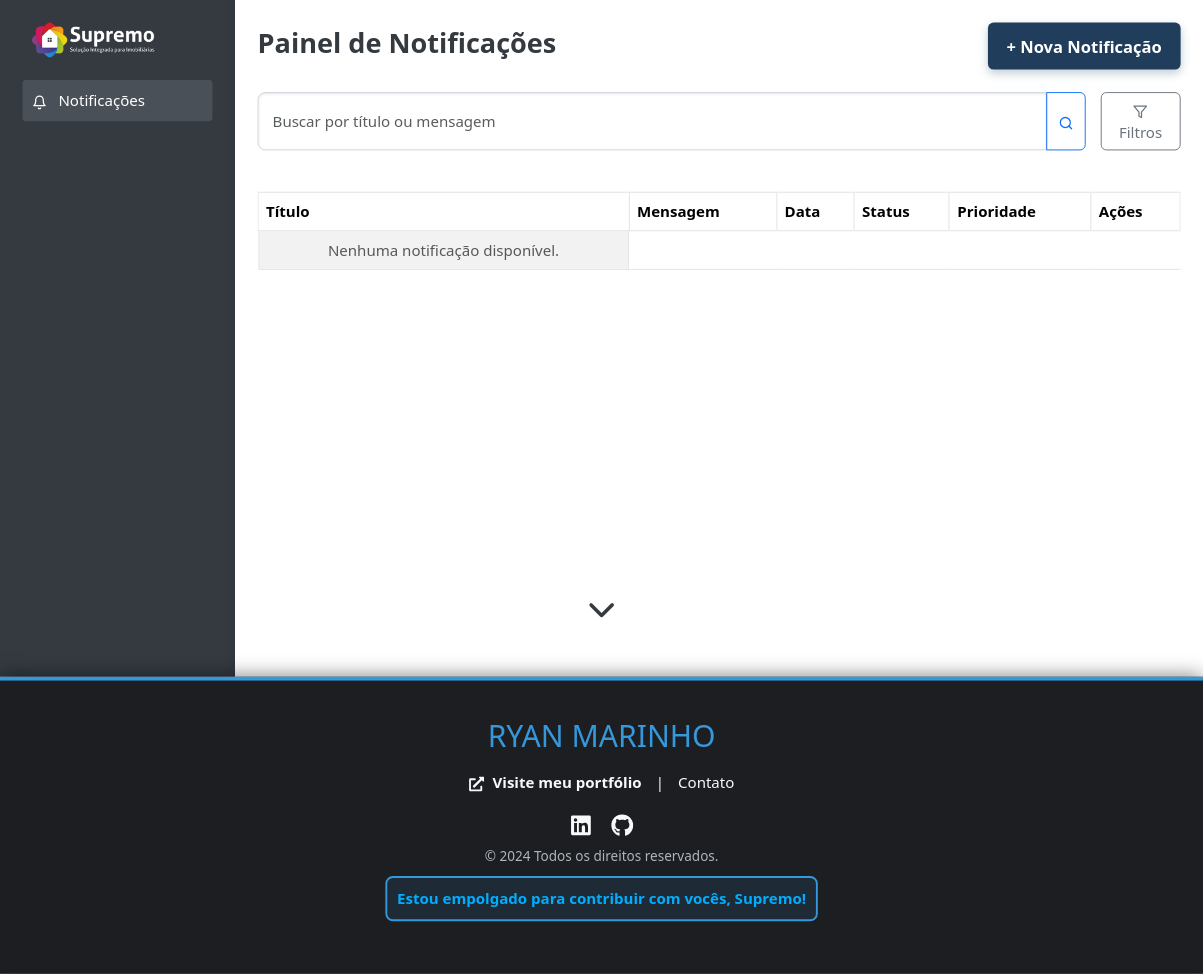
Repository: ryanmarinhodev/Supremo-teste-tecnico
Page: /notifications
The author's editor kept a copy of each file at every save. The page is drawn from the files as they stood at one save, then again after the next save.
The browser window is 1280 px wide. The pictures show the whole page, at 94% of full size.
The project was rebuilt for these pictures with package versions that can differ from the ones it lists, and the page was loaded fresh each time. Also part of the build but not shown: src/App.css, src/Components/Login/index.jsx.

Above is the page before, as saved 2024-11-07 22:43:12.

After the next save:
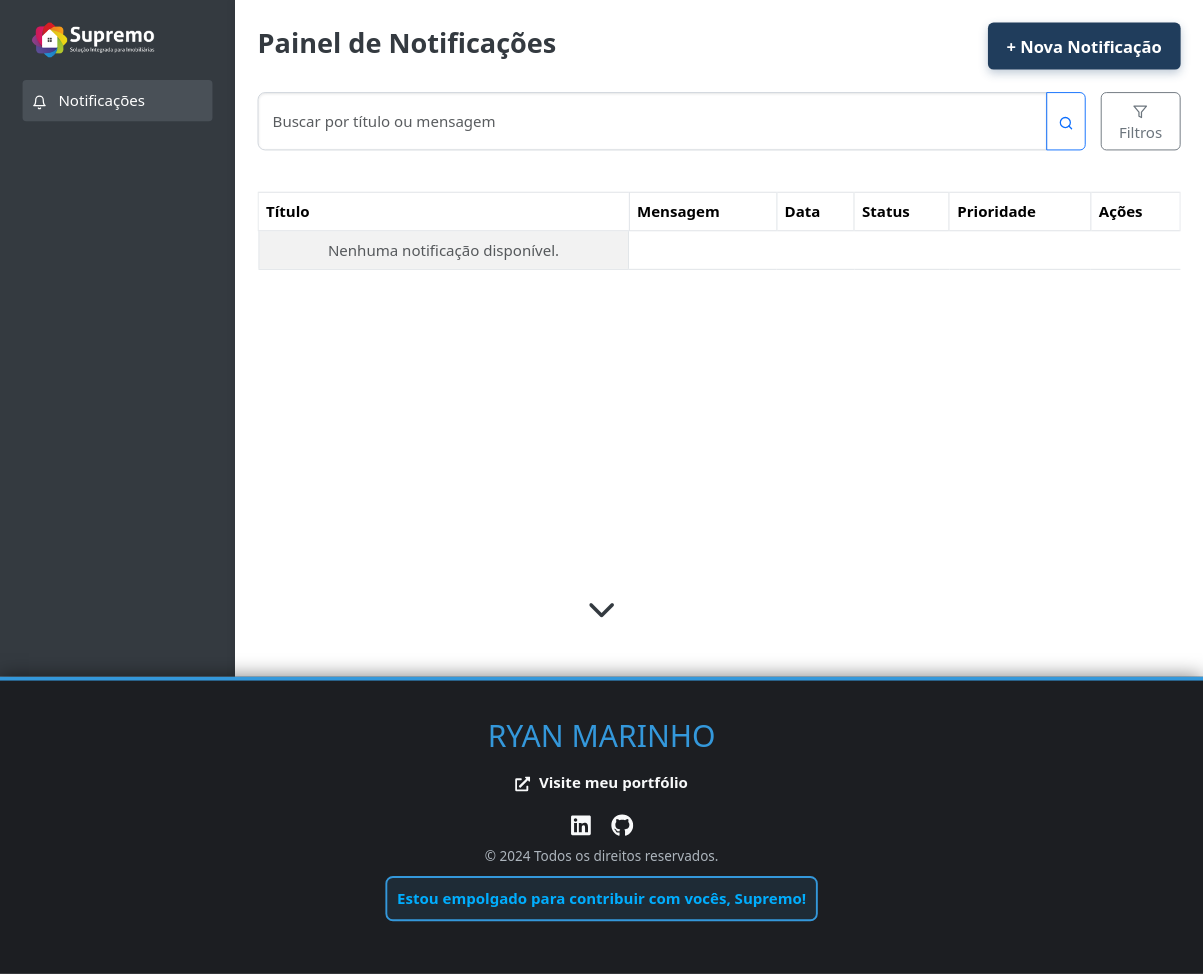
Saved 82 s later.
--- a/src/Components/Notifications/footer.jsx
+++ b/src/Components/Notifications/footer.jsx
@@ -17,8 +17,6 @@ const Footer = () => {
             {/* Ícone do link externo */}
             <span className="portfolio-text">Visite meu portfólio</span>
           </a>
-          <span>|</span>
-          <a href="/contato">Contato</a>
         </nav>
         <div className="footer-social">
           <a
